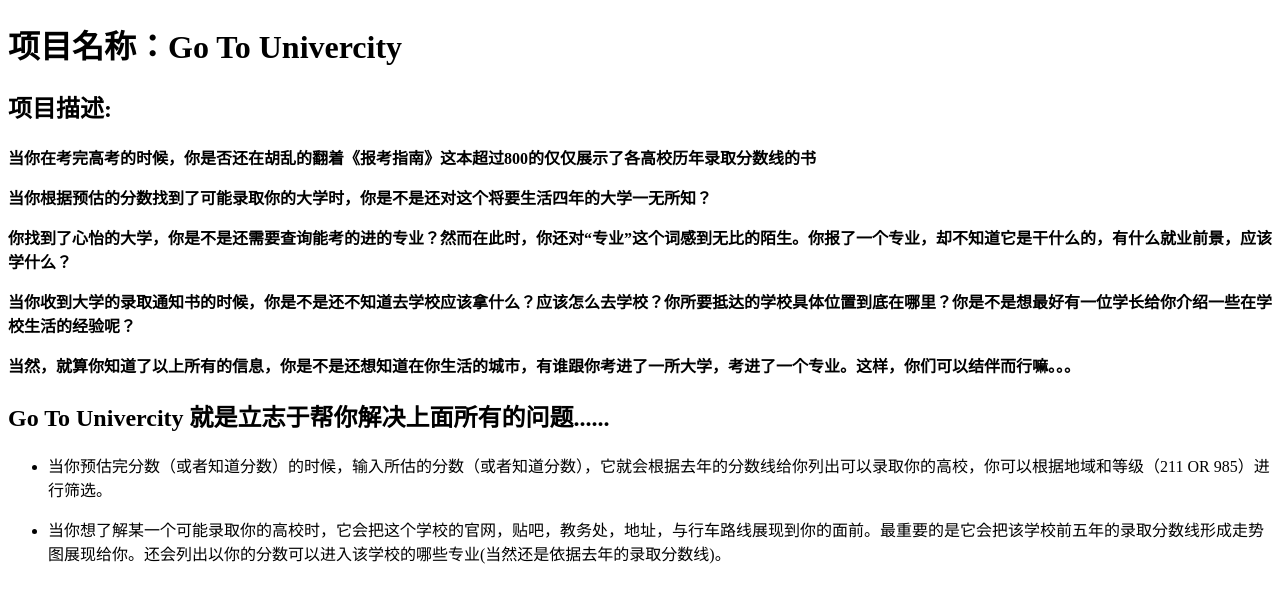
Repository: SUT-GC/GoToUnivercity
Page: http://localhost/GoToUniversity/ideasource/idea.jsp
The author's editor kept a copy of each file at every save. The page is drawn from the files as they stood at one save, then again after the next save.
The browser window is 1280 px wide. The pictures show the whole page.
The page is served by Tomcat 9. Nobody is signed in. The application's start-up code is not run.

Above is the page before, as saved 2015-11-16 11:09:24.

After the next save:
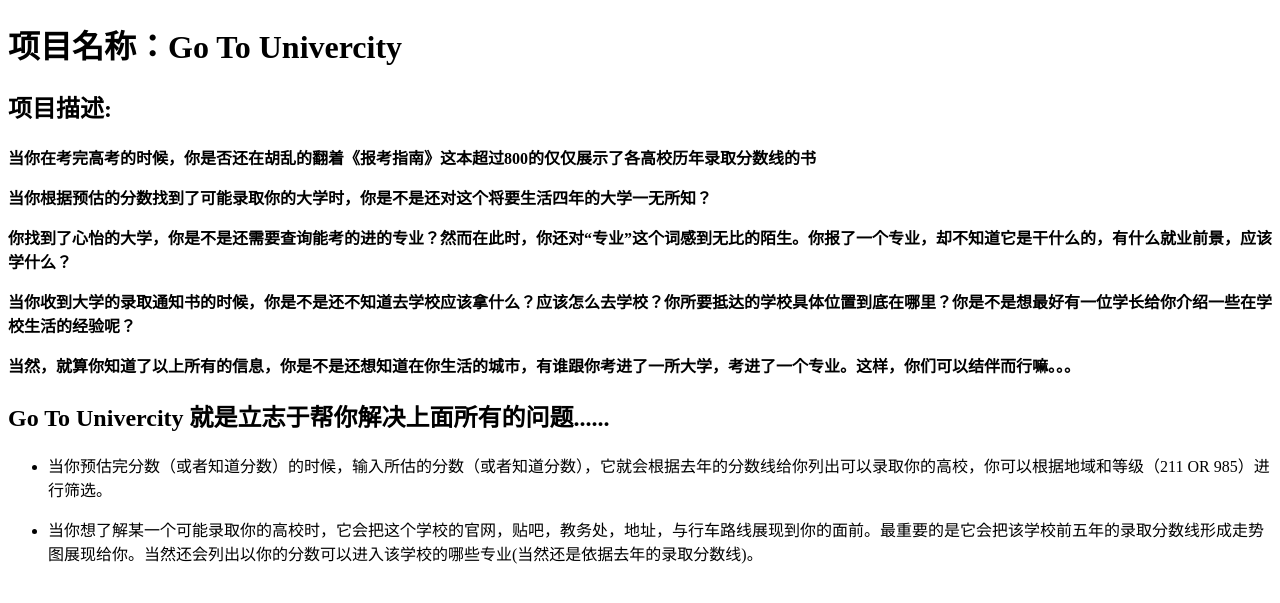
Saved 5 s later.
--- a/GoToUniversity/WebContent/ideasource/idea.jsp
+++ b/GoToUniversity/WebContent/ideasource/idea.jsp
@@ -26,7 +26,7 @@
 				<h2>Go To Univercity 就是立志于帮你解决上面所有的问题......</h2>
 				<ul>
 					<li><p>当你预估完分数（或者知道分数）的时候，输入所估的分数（或者知道分数），它就会根据去年的分数线给你列出可以录取你的高校，你可以根据地域和等级（211 OR 985）进行筛选。</p></li>
-					<li><p>当你想了解某一个可能录取你的高校时，它会把这个学校的官网，贴吧，教务处，地址，与行车路线展现到你的面前。最重要的是它会把该学校前五年的录取分数线形成走势图展现给你。还会列出以你的分数可以进入该学校的哪些专业(当然还是依据去年的录取分数线)。</p></li>
+					<li><p>当你想了解某一个可能录取你的高校时，它会把这个学校的官网，贴吧，教务处，地址，与行车路线展现到你的面前。最重要的是它会把该学校前五年的录取分数线形成走势图展现给你。当然还会列出以你的分数可以进入该学校的哪些专业(当然还是依据去年的录取分数线)。</p></li>
 
 
 				</ul>
